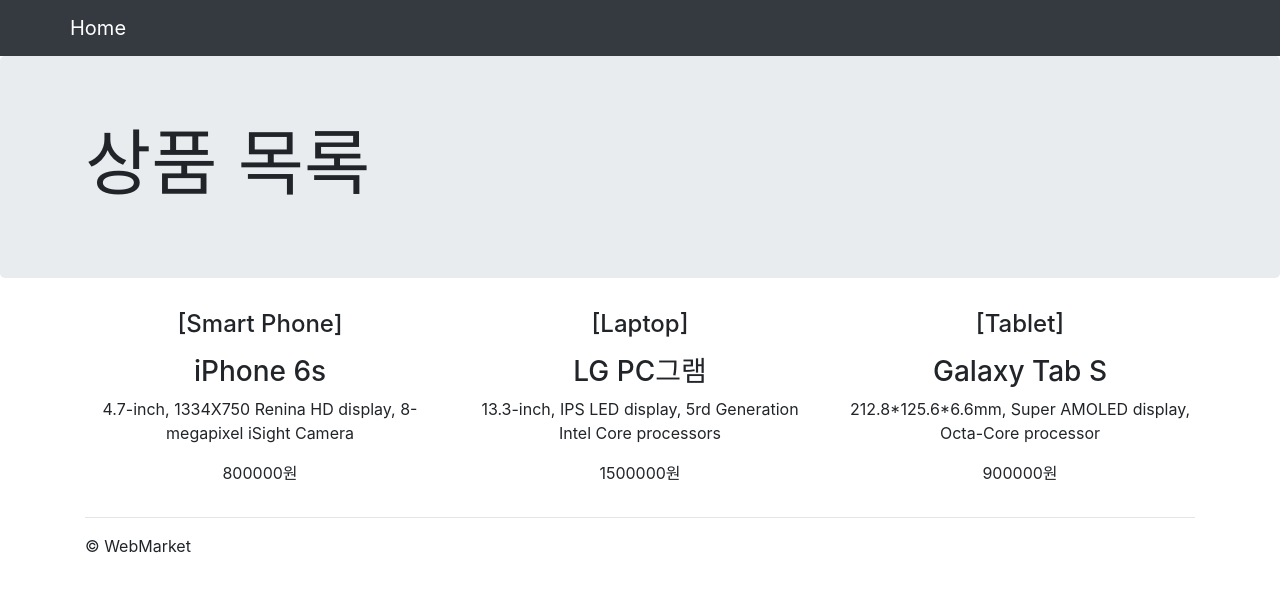
Repository: freedomseok8047/jsp
Page: http://localhost/WebMarket/products.jsp
The author's editor kept a copy of each file at every save. The page is drawn from the files as they stood at one save, then again after the next save.
The browser window is 1280 px wide. The pictures show the whole page.
The page is served by Tomcat 9.

Above is the page before, as saved 2023-08-24 02:35:08.

After the next save:
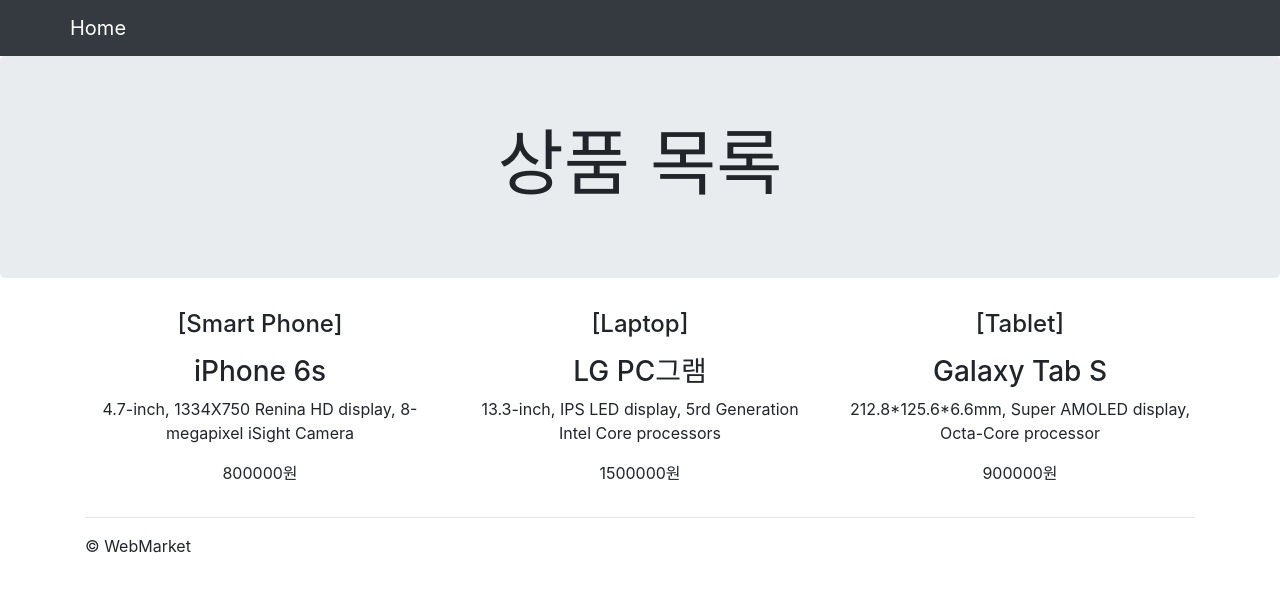
Saved 21 s later.
--- a/WebMarket/src/main/webapp/products.jsp
+++ b/WebMarket/src/main/webapp/products.jsp
@@ -16,7 +16,7 @@
 	<jsp:include page="menu.jsp" />
 	<div class="jumbotron">
 		<div class="container">
-			<h1 class="display-3 center">상품 목록</h1>
+			<h1 class="display-3" align = "center">상품 목록</h1>
 		</div>
 	</div>
 	<%
